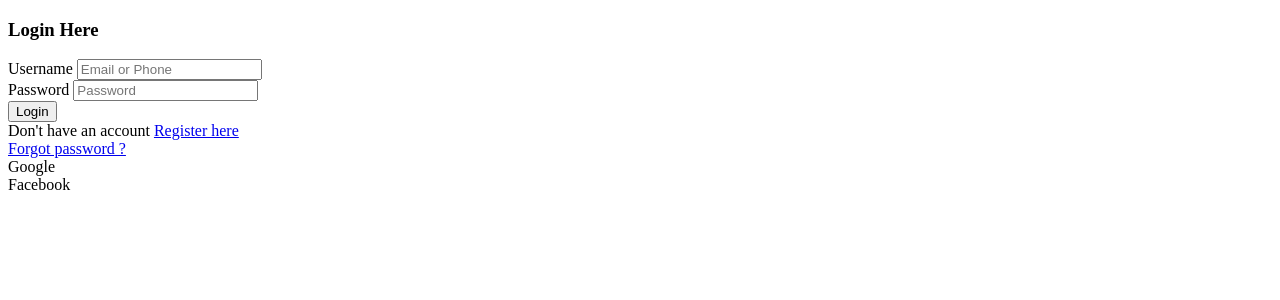
Repository: saroj304/sanolagani
Page: http://localhost/login
The author's editor kept a copy of each file at every save. The page is drawn from the files as they stood at one save, then again after the next save.
The browser window is 1280 px wide. The pictures show the whole page.
The page is this project's Thymeleaf template; nobody is signed in. The template is opened directly, without the code that normally fills it, so the values that code supplies are empty.

Above is the page before, as saved 2023-05-28 18:36:29.

### sanolagani/src/main/resources/templates/login.html
<!DOCTYPE html>

<html xmlns="http://www.w3.org/1999/xhtml"
      xmlns:th="http://www.thymeleaf.org">
<head>
<!-- Design by foolishdeveloper.com -->
<title>LoginPage</title>



</head>
<body>

	<div class="background">
		<div class="shape"></div>
		<div class="shape"></div>
	</div>
	<form>
		<h3>Login Here</h3>

		<div>
			<label for="username">Username</label> <input type="text"
				placeholder="Email or Phone" id="username">
		</div>

		<div>
			<label for="password">Password</label> <input type="password"
				placeholder="Password" id="password">
		</div>

		<input type="submit" value="Login" class="btn btn-primary btn-block">
		<br> <span>Don't have an account <a class="linkControl"
			 th:href="@{/register}">Register here</a></span> <br>
		<a href="" th:href="@{/forgotpassword}">Forgot password ?</a>
     </input>
		<div class="social">
			<div class="go">
				<i class="fab fa-google"></i> Google
			</div>
			<div class="fb">
				<i class="fab fa-facebook"></i> Facebook
			</div>
		</div>
	</form>
</body>
</html>

After the next save:
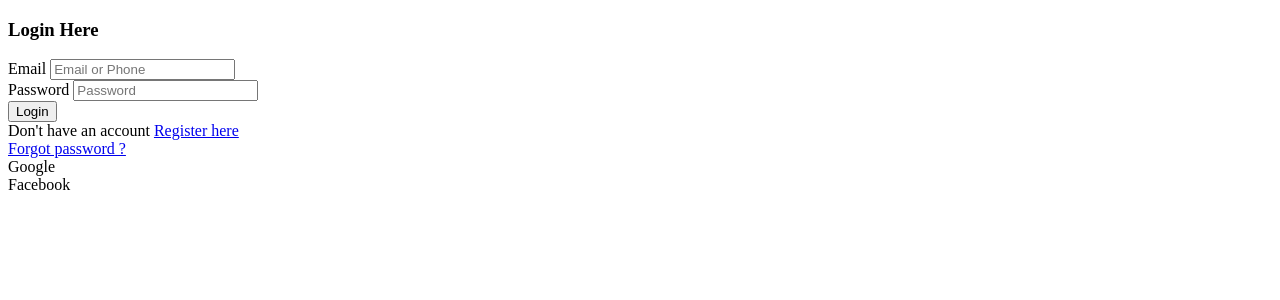
Saved 7 h 22 min later.
--- a/sanolagani/src/main/resources/templates/login.html
+++ b/sanolagani/src/main/resources/templates/login.html
@@ -19,13 +19,13 @@
 		<h3>Login Here</h3>
 
 		<div>
-			<label for="username">Username</label> <input type="text"
-				placeholder="Email or Phone" id="username">
+			<label for="username">Email</label> <input type="text"
+				placeholder="Email or Phone" id="username" name="email">
 		</div>
 
 		<div>
 			<label for="password">Password</label> <input type="password"
-				placeholder="Password" id="password">
+				name="password"placeholder="Password" id="password">
 		</div>
 
 		<input type="submit" value="Login" class="btn btn-primary btn-block">
